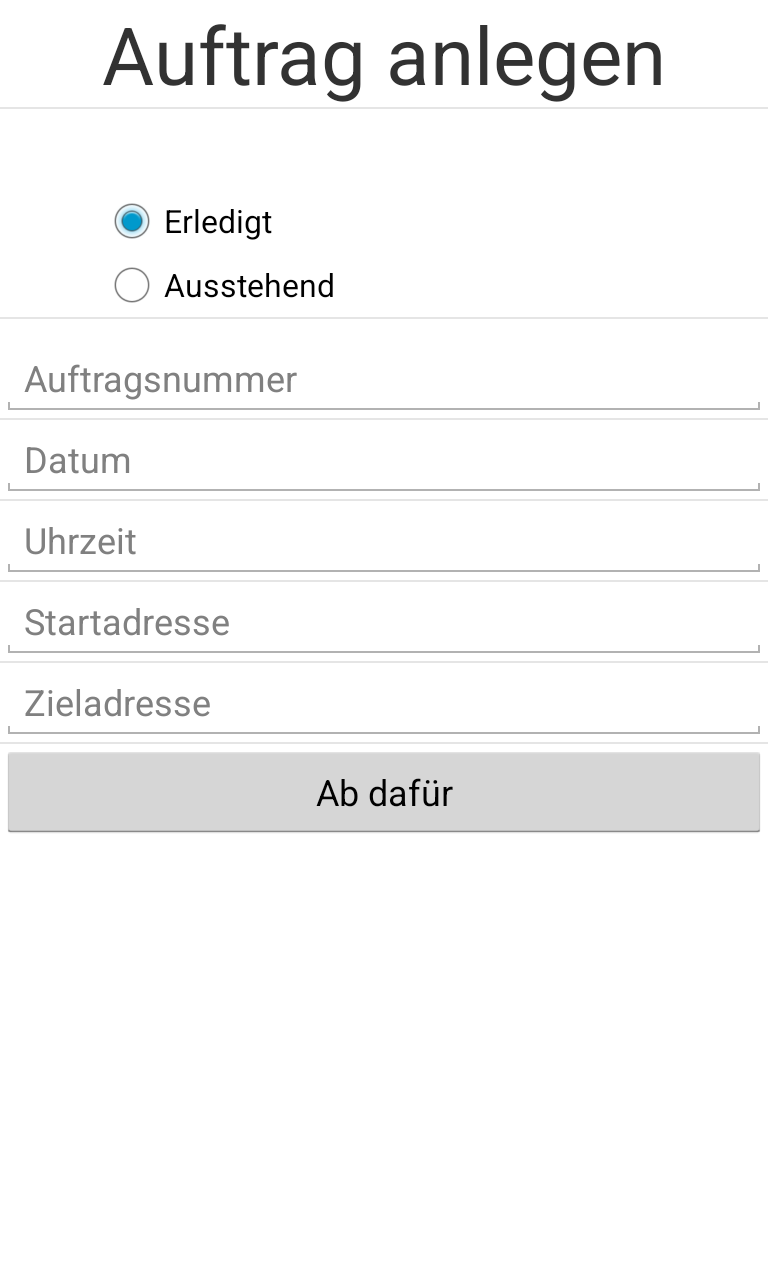
Repository: VroniZinsser/Kurierdienst
Layout: KurierdienstVroni/res/layout/activity_manager.xml
An editor plug-in stored every save of this project. The layout is shown before and after the next save, followed by the edit.
It is drawn on a 768 x 1280 px phone screen (xhdpi) without system bars, with theme AppTheme; the app's code is not run. The app's manifest (not shown) leaves right-to-left support off. So textAlignment, textDirection and layoutDirection are ignored, and left and right values win over start and end ones.

Above is the layout before, as saved 2014-07-16 09:15:11.

After the next save:
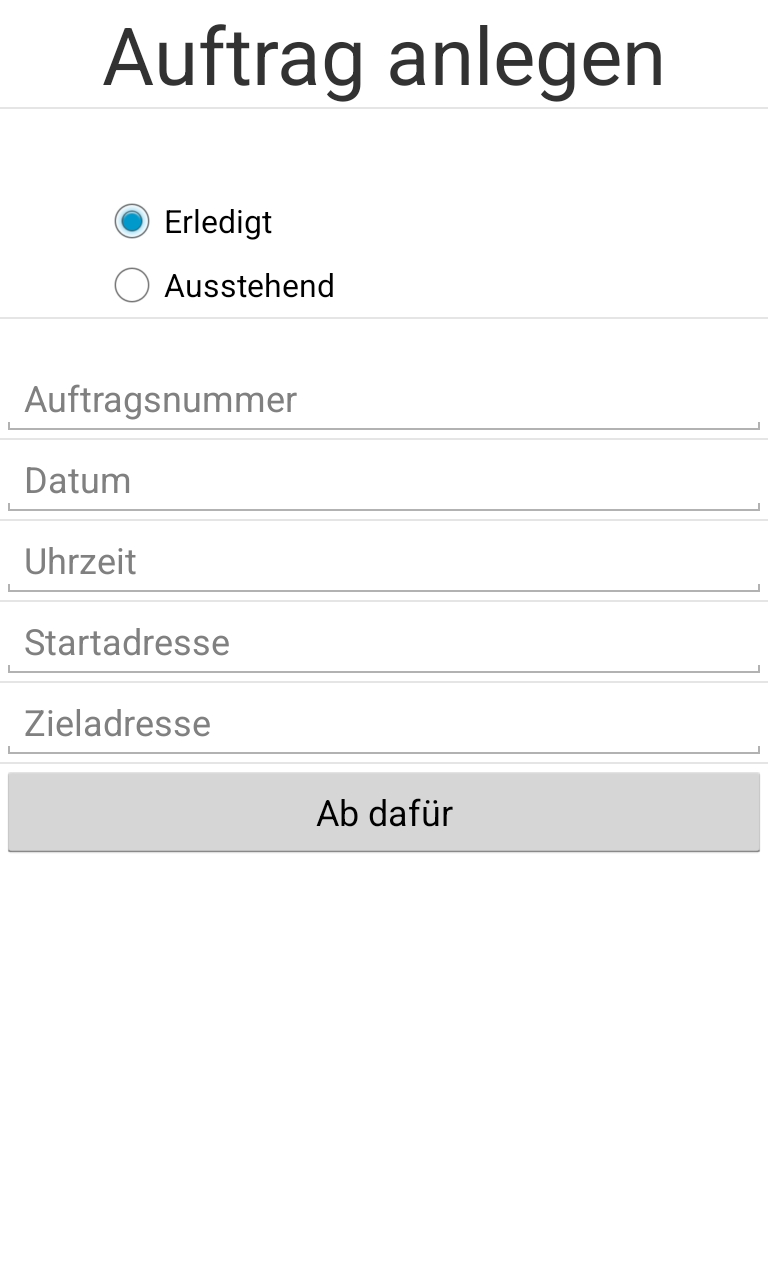
Saved 6 s later.
--- a/KurierdienstVroni/res/layout/activity_manager.xml
+++ b/KurierdienstVroni/res/layout/activity_manager.xml
@@ -42,7 +42,7 @@
         android:id="@+id/auftragsnummer"
         android:layout_width="match_parent"
         android:layout_height="wrap_content"
-        android:layout_marginTop="20px"
+        android:layout_marginTop="20dp"
         android:hint="@string/auftragsnummer"></EditText>
 
     <EditText
